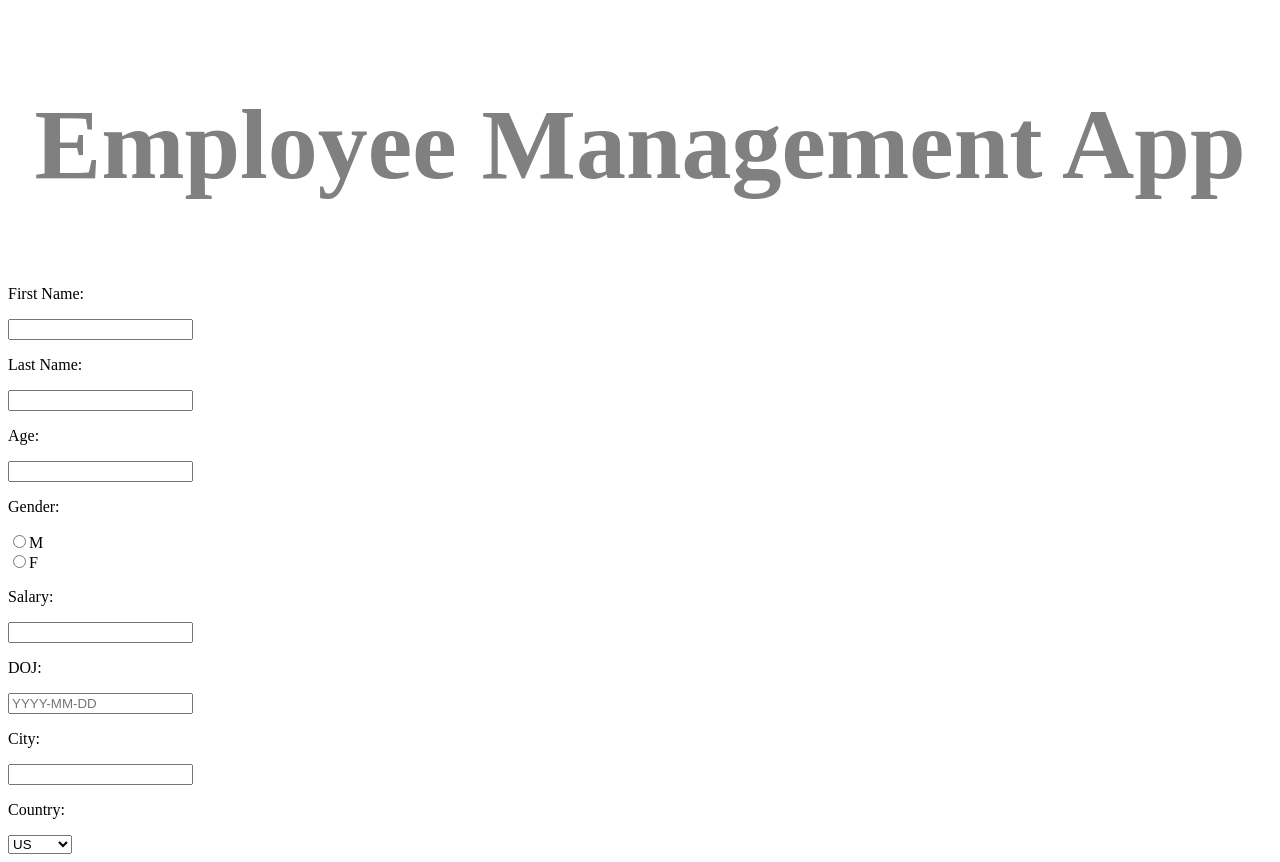
Repository: SaumyaGuptaTechnokrat/Employee_management
Page: http://localhost/Employee/index.jsp
An editor plug-in stored every save of this project. The page is shown before and after the next save, followed by the edit.
The browser window is 1280 px wide. The pictures show the whole page.
The page is served by Tomcat 9.

Above is the page before, as saved 2023-02-10 17:08:28.

After the next save:
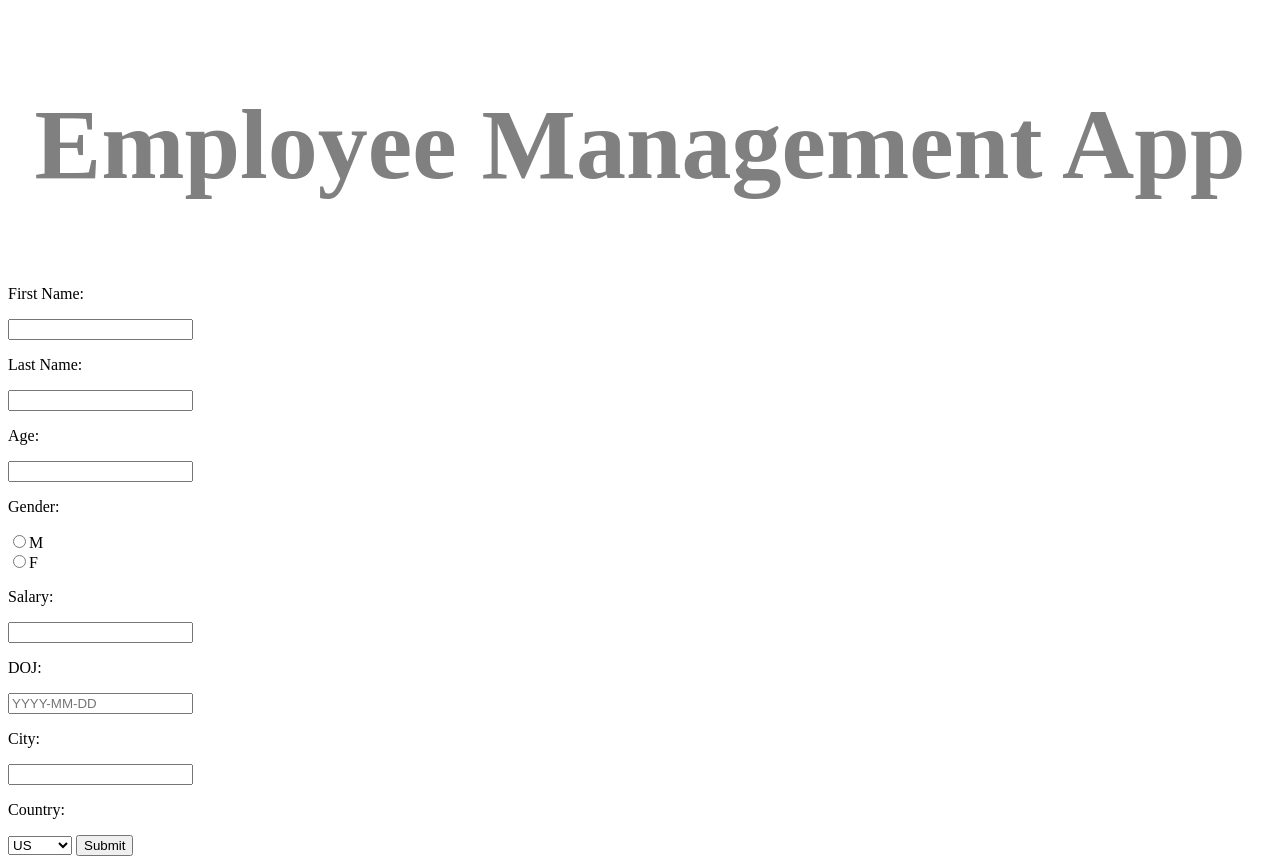
Saved 42 s later.
--- a/Employee/src/main/webapp/index.jsp
+++ b/Employee/src/main/webapp/index.jsp
@@ -25,6 +25,7 @@
 		<option value="US">UK<option/>
 		<option value="US">JAPAN<option/>
 		</select>
+		<input type="button" value="Submit">
 </form>
 	</div>
 
